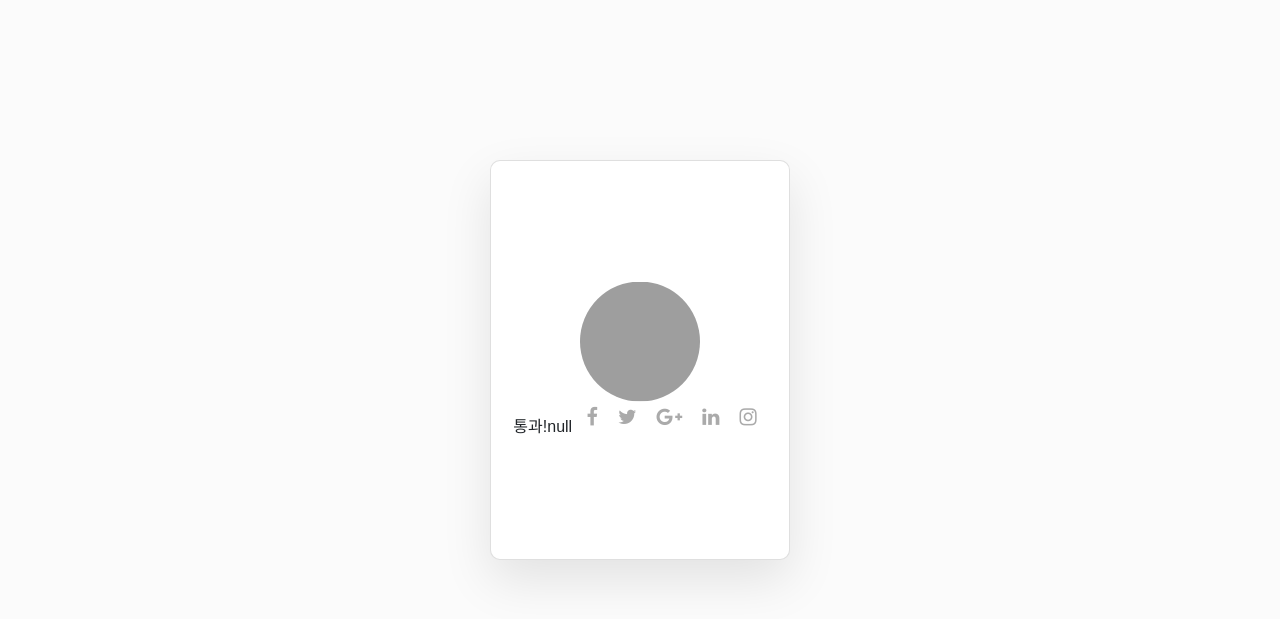
Repository: cheez0909/JSP
Page: http://localhost/1103/session/ServletEX/detail
These files come from the project's save history. The page is drawn as it stood at one moment and after the next save; the edit follows.
The browser window is 1280 px wide. The pictures show the whole page.
Pictures or frames that could not be fetched are drawn as grey boxes. Some web libraries are served in a nearby version. The page is served by Tomcat 9. Other server files are loaded and not shown. Queries for data that is not in the repository find no rows.

Above is the page before, as saved 2023-11-09 08:16:02.

### 1103/src/main/webapp/session/ServletEX/Boarddetails.jsp
<%@page import="com.momo.dao.BoardDAO"%>
<%@page import="com.momo.dto.BoardDTO"%>
<%@page import="java.util.List"%>
<%@page import="com.momo.dto.memberDTO"%>
<%@ page language="java" contentType="text/html; charset=UTF-8"
    pageEncoding="UTF-8"%>
<!DOCTYPE html>
<html lang="en">
<head>
    <meta charset="utf-8">
    <!-- This file has been downloaded from Bootsnipp.com. Enjoy! -->
    <title>UI card design css - Bootsnipp.com</title>
        <meta name="viewport" content="width=device-width, initial-scale=1">
    <link href="http://maxcdn.bootstrapcdn.com/bootstrap/4.1.1/css/bootstrap.min.css" rel="stylesheet">
    <style type="text/css">
        body {
    margin:0;
    padding:0;
    font-family:sans-serif;
    background:#fbfbfb;
}
.card {
    position:absolute;
    top:50%;
    left:50%;
    transform:translate(-50%,-50%);
    width:300px;
    min-height:400px;
    background:#fff;
    box-shadow:0 20px 50px rgba(0,0,0,.1);
    border-radius:10px;
    transition:0.5s;
}
.card:hover {
    box-shadow:0 30px 70px rgba(0,0,0,.2);
}
.card .box {
    position:absolute;
    top:50%;
    left:0;
    transform:translateY(-50%);
    text-align:center;
    padding:20px;
    box-sizing:border-box;
    width:100%;
}
.card .box .img {
    width:120px;
    height:120px;
    margin:0 auto;
    border-radius:50%;
    overflow:hidden;
}
.card .box .img img {
    width:100%;
    height:100%;
}
.card .box h2 {
    font-size:20px;
    color:#262626;
    margin:20px auto;
}
.card .box h2 span {
    font-size:14px;
    background:#e91e63;
    color:#fff;
    display:inline-block;
    padding:4px 10px;
    border-radius:15px;
}
.card .box p {
    color:#262626;
}
.card .box span {
    display:inline-flex;
}
.card .box ul {
    margin:0;
    padding:0;
}
.card .box ul li {
    list-style:none;
    float:left;
}
.card .box ul li a {
    display:block;
    color:#aaa;
    margin:0 10px;
    font-size:20px;
    transition:0.5s;
    text-align:center;
}
.card .box ul li:hover a {
    color:#e91e63;
    transform:rotateY(360deg);
}
    </style>
    <script src="http://code.jquery.com/jquery-1.11.1.min.js"></script>
    <script src="http://maxcdn.bootstrapcdn.com/bootstrap/4.1.1/js/bootstrap.min.js"></script>
</head>
<body>

<link rel="stylesheet" href="https://cdnjs.cloudflare.com/ajax/libs/font-awesome/4.7.0/css/font-awesome.min.css">
<div class="card">
    <div class="box">
        <div class="img">
            <img src="https://item.kakaocdn.net/do/b563e153db82fde06e1423472ccf192c960f4ab09fe6e38bae8c63030c9b37f9">
        </div>
<%


	BoardDAO boarddao = new BoardDAO();
	List<BoardDTO> boarddto = boarddao.getList(request.getParameter("id"));
	request.setAttribute("boarddto", boarddto);

	String num = request.getParameter("num");

	if(request.getAttribute("boarddto")!=null){
		List<BoardDTO> dto = (List<BoardDTO>)request.getAttribute("boarddto");
		out.print("통과!");
		if(dto!=null){
			out.print(num);
			for(BoardDTO nums : dto){

				if(num.equals(nums.getNum())){
				%>

    			<h2><%=nums.getTitle() %><br><span><%=nums.getPostdate() %></span></h2>
    			<p> <%=nums.getContent() %></p>
				<% }
				else {
					out.print(num);
				}
			}
		}
	} else {
		out.print("불통과!");
	}
	%>


		<span>
            <ul>
                <li><a href="#"><i class="fa fa-facebook" aria-hidden="true"></i></a></li>
                <li><a href="#"><i class="fa fa-twitter" aria-hidden="true"></i></a></li>
                <li><a href="#"><i class="fa fa-google-plus" aria-hidden="true"></i></a></li>
                <li><a href="#"><i class="fa fa-linkedin" aria-hidden="true"></i></a></li>
                <li><a href="#"><i class="fa fa-instagram" aria-hidden="true"></i></a></li>
            </ul>
        </span>
    </div>
</div>

<script type="text/javascript">

</script>
</body>
</html>

### 1103/src/main/java/com/momo/controller/detailController.java
package com.momo.controller;

import java.io.IOException;
import java.util.List;

import javax.servlet.ServletException;
import javax.servlet.annotation.WebServlet;
import javax.servlet.http.HttpServlet;
import javax.servlet.http.HttpServletRequest;
import javax.servlet.http.HttpServletResponse;

import com.momo.dao.BoardDAO;
import com.momo.dto.BoardDTO;


@WebServlet("/session/ServletEX/detail")
public class detailController extends HttpServlet {
	private static final long serialVersionUID = 1L;


	protected void doGet(HttpServletRequest request, HttpServletResponse response) throws ServletException, IOException {
		String num = request.getParameter("num");

		// String id = request.getParameter("ids");

		BoardDAO dao = new BoardDAO();
		System.out.println(num+" ");

		dao.visitCount(num);
		BoardDTO dto = dao.getOne(num);



		request.setAttribute("boarddto", dto);
		dao.close();

		request.getRequestDispatcher("Boarddetails.jsp").forward(request, response);
	}
}

### 1103/src/main/java/com/momo/DBConnection.java
package com.momo;

import java.sql.Connection;
import java.sql.DriverManager;
import java.sql.PreparedStatement;
import java.sql.ResultSet;
import java.sql.SQLException;
import java.sql.Statement;

import javax.servlet.ServletContext;

public class DBConnection {
	public Connection con;
	public Statement stmtl;
	public PreparedStatement pstmt;
	public ResultSet rs;

	public DBConnection(){
		try {
			// 드라이버 로딩
			Class.forName("oracle.jdbc.OracleDriver");

			String url = "jdbc:oracle:thin:@localhost:1521:orcl";
			String id = "dani";
			String pw = "dani";

			con = DriverManager.getConnection(url, id, pw);
			System.out.println("DB 연결 성공! (기본 생성자)");

		} catch (ClassNotFoundException e) {
			System.out.println("드라이버로딩 실패");
			e.printStackTrace();
		} catch (SQLException e) {
			// TODO Auto-generated catch block
			e.printStackTrace();
		}
	}

	// 서버가 실행될때
	// application으로부터 db정보를 불러옴
	public DBConnection(ServletContext application) {
		String driver = application.getInitParameter("driver");
		String url = application.getInitParameter("url");
		String id = application.getInitParameter("id");
		String pw = application.getInitParameter("pw");

		try {
			Class.forName(driver);
			con = DriverManager.getConnection(url, id, pw);
			System.out.println("application 내장 객체를 활용한 Connection 생성");
		} catch (ClassNotFoundException e) {
			// TODO Auto-generated catch block
			System.out.println("드라이버 로딩 실패 - 라이브러리를 확인해주세요");
			e.printStackTrace();
		} catch (SQLException e) {
			// TODO Auto-generated catch block
			System.out.println("Connection 객체 생성 실패");
			e.printStackTrace();
		}

	}

	public DBConnection(String driver, String url, String id, String pw) {
		try {
			Class.forName(driver);
			con = DriverManager.getConnection(url, id, pw);
			stmtl = con.createStatement();


		} catch (ClassNotFoundException e) {
			// TODO Auto-generated catch block
			e.printStackTrace();
		} catch (SQLException e) {
			// TODO Auto-generated catch block
			e.printStackTrace();
		}

	}
	public void close() {
		try {
		if(rs!=null) rs.close();
		if(pstmt!=null) pstmt.close();
		if(stmtl!=null) stmtl.close();
		if(con!=null) con.close();
		} catch(Exception e) {
			System.out.println("자원반납 중 예외가 발생하였습니다.");
			e.printStackTrace();
		}

	}
}

### 1103/src/main/java/com/momo/dao/BoardDAO.java
package com.momo.dao;

import java.sql.SQLException;
import java.util.ArrayList;
import java.util.List;

import com.momo.DBConnection;
import com.momo.DBConnectionPool;
import com.momo.dto.BoardDTO;
import com.momo.dto.Criteria;

// DBConnectionPool : 톰캣에서 제공해주는 기능을 사용하며 커넥션풀이라는 공간에 커넥션 객체를 미리
// 생성해놓고 사용
public class BoardDAO extends DBConnection{

	public BoardDAO() {
		super();
	}


	// 내가 쓴 글 조회하기
	public List<BoardDTO> getList(String id){
		List<BoardDTO> list = new ArrayList<>();
		try {
		String sql = "SELECT *\r\n"
				+ "FROM BOARD\r\n"
				+ "WHERE ID=?";


			pstmt = con.prepareStatement(sql);
			pstmt.setString(1, id);
			rs = pstmt.executeQuery();

			while(rs.next()) {
				BoardDTO dto = new BoardDTO();
				dto.setId(rs.getString("id"));
				dto.setTitle(rs.getString("title"));
				dto.setContent(rs.getString("content"));
				dto.setNum(rs.getString("num"));
				dto.setPostdate(rs.getString("postdate"));
				dto.setVisitcount(rs.getString("visitcount"));
				list.add(dto);
			}

		} catch (SQLException e) {
			e.printStackTrace();
		}
		return list;
	}
	/*
	 *
	 * 리스트 조회 후 변환
	 * + 페이징 처리
	 * return
	 *
	 * */
	// 리스트 조회하는 메서드
	public List<BoardDTO> getList(Criteria cri){
		List<BoardDTO> list = new ArrayList<>();
//		String sql = "SELECT *\r\n"
//				+ "FROM BOARD\r\n";
		try {

			String where="";

			// 컬럼명은 ? 로 동작되지 않음
			if(!"".equals(cri.getSearchField())&&!"".equals(cri.getSearchWord()) ) {
				where = "where " + cri.getSearchField() + " like '%" + cri.getSearchWord()
					+ "%' ";
			}

		// 페이징 처리하기
		String sql = "select *\r\n"
				+ "from (select rownum rnum, b.*\r\n"
				+ "        from  (  -- 최신순으로 조회\r\n"
				+ "                select *\r\n"
				+ "                from board\r\n"
				+ where
				+ "                order by num desc) b\r\n"
				+ "        )\r\n"
				+ "where rnum between ? and ?";

			pstmt = con.prepareStatement(sql);
			// 시작번호 = 끝번호 - (페이지당게시물수 -1)
			pstmt.setInt(1, cri.getStartNo());
			// 끝번호 = 페이지번호 * 페이지당게시물수
			pstmt.setInt(2, cri.getEndNo());

			// 페이지 객체를 생성해야함
			// 페이지

			rs = pstmt.executeQuery();

			System.out.println(sql);
			System.out.println(where);

			while(rs.next()) {
				BoardDTO dto = new BoardDTO();
				dto.setId(rs.getString("id"));
				dto.setTitle(rs.getString("title"));
				dto.setContent(rs.getString("content"));
				dto.setNum(rs.getString("num"));
				dto.setPostdate(rs.getString("postdate"));
				dto.setVisitcount(rs.getString("visitcount"));
				list.add(dto);
			}

		} catch (SQLException e) {
			e.printStackTrace();
		}
		return list;
	}




	// 1건을 조회하는 메서드
	public BoardDTO getOne(String num) {

		BoardDTO dto = new BoardDTO();

		try {

		String sql = "SELECT *\r\n"
				+ "FROM board\r\n"
				+ "WHERE NUM=?";

		pstmt = con.prepareStatement(sql);
		pstmt.setString(1, num);
		rs = pstmt.executeQuery();

		while(rs.next()) {
			dto.setId(rs.getString("id"));
			dto.setTitle(rs.getString("title"));
			dto.setContent(rs.getString("content"));
			dto.setNum(rs.getString("num"));
			dto.setPostdate(rs.getString("postdate"));
			dto.setVisitcount(rs.getString("visitcount"));
		}

		} catch (SQLException e) {
		e.printStackTrace();
		}
		return dto;
	}


	//public static void main(String[] args) {
	//	BoardDAO dao = new BoardDAO();
	//	System.out.print(dao.getList("test"));
	//}


	// 조회수 증가 쿼리짜기
	// 업데이트 쿼리 짜기 update
	// 조회수를 반환하자!! -> int타입으로....
	// 실행된 건수가 반환됨.....
	// 화면이 열렸을때 실행되어야 함 -> 디테일 컨트롤러로
	public int visitCount(String num) {
		BoardDTO dto = new BoardDTO();
		int res=0;
		try {

		String sql = "update board\r\n"
				+ "set visitcount = visitcount + 1\r\n"
				+ "where num = ?";

		pstmt = con.prepareStatement(sql);
		pstmt.setString(1, num);
		res = pstmt.executeUpdate();
		// System.out.println(res + "건이 실행되었습니다.");

		} catch (SQLException e) {
			e.printStackTrace();
		}	return res;
	}

	// 삭제하는 메서드 만들기
	public int deleteBoard(String num) {
		BoardDTO dto = new BoardDTO();
		int res=0;
		try {

		String sql = "delete board\r\n"
				+ "where num=?";

		pstmt = con.prepareStatement(sql);
		pstmt.setString(1, num);
		res = pstmt.executeUpdate();
		// System.out.println(res + "건이 실행되었습니다.");

		} catch (SQLException e) {
			e.printStackTrace();
		}	return res;
	}



	// 작성하는 메서드 만들기
	public int write(String title, String content, String id) {
		BoardDTO dto = new BoardDTO();

		int res=0;
		try {

		String sql = "insert into board (num, title, content, id) \r\n"
				+ "values (SEQ_BOARD_NUM.NEXTVAL, ?, ?, ?)";

		pstmt = con.prepareStatement(sql);
		pstmt.setString(1, title);
		pstmt.setString(2, content);
		pstmt.setString(3, id);
		res = pstmt.executeUpdate();

		System.out.println(res + "건이 실행되었습니다.");

		} catch (SQLException e) {
			e.printStackTrace();
		}	return res;
	}



	/*
	 * 게시글의 총 건수를 조회 후 반환
	 * return 게시글의 총 건수
	 *
	 */
	public int getTotalCnt() {
		int res = 0;
		String sql = "select count(*)\r\n"
				+ "from board";

		try {
			pstmt = con.prepareStatement(sql);
			//rs = stmtl.executeQuery(sql);
			rs = pstmt.executeQuery();

			if(rs.next()) {
				res = rs.getInt(1);
				//System.out.println(res);
			}

			System.out.println(res);
		} catch (SQLException e) {
			// TODO Auto-generated catch block
			e.printStackTrace();
		}
		return res;
	}

	/*
	 * 검색 조건을 적용했을때 페이지 블럭이
	 * 해당 검색 조건을 만족하는 만큼만 나와야 하는데
	 * 매개변수가 없을 경우 총 게시물수로 고정되어 출력됨
	 * 게시글의 총 건수를 조회 후 반환
	 * return 게시글의 총 건수
	 *
	 */
//	public int getTotalCnt(Criteria criteria) {
//		int res = 0;
//		String where="";
//
//
//		try {
//
//			// 컬럼명은 ? 로 동작되지 않음
//			if(!"".equals(criteria.getSearchField())&&!"".equals(criteria.getSearchWord()) ) {
//				where = "where " + criteria.getSearchField() + " like '%" + criteria.getSearchWord()
//					+ "%' ";
//			}
//
//			String sql = "select count(*)\r\n"
//					+ "from board " + where;
//
//			pstmt = con.prepareStatement(sql);
//			//rs = stmtl.executeQuery(sql);
//			rs = pstmt.executeQuery();
//
//			if(rs.next()) {
//				res = rs.getInt(1);
//				//System.out.println(res);
//			}
//
//			System.out.println(res);
//		} catch (SQLException e) {
//			// TODO Auto-generated catch block
//			e.printStackTrace();
//		}
//		return res;
//	}


	//public static void main(String[] args) {
	//	BoardDAO dao = new BoardDAO();
	//	int i=0;
	//	while(i!=10) {
	//		dao.write("제목", "내용");
	//		i++;
	//	}
	//}



	/*
	 * 검색 메서드
	 *
	 */

	public int search(String title, String content, String id) {
		BoardDTO dto = new BoardDTO();

		int res=0;
		try {

		String sql = "insert into board (num, title, content, id) \r\n"
				+ "values (SEQ_BOARD_NUM.NEXTVAL, ?, ?, ?)";

		pstmt = con.prepareStatement(sql);
		pstmt.setString(1, title);
		pstmt.setString(2, content);
		pstmt.setString(3, id);
		res = pstmt.executeUpdate();

		System.out.println(res + "건이 실행되었습니다.");

		} catch (SQLException e) {
			e.printStackTrace();
		}	return res;
	}

}

### 1103/src/main/java/com/momo/dto/BoardDTO.java
package com.momo.dto;

public class BoardDTO {
	private String num;
	private String title;
	private String content;
	private String id;
	private String postdate;
	private String visitcount;
	public BoardDTO() {}
	public BoardDTO(String num, String title, String content, String id, String postdate, String visitcount) {
		this.num = num;
		this.title = title;
		this.content = content;
		this.id = id;
		this.postdate = postdate;
		this.visitcount = visitcount;
	}
	public String getNum() {
		return num;
	}
	public void setNum(String num) {
		this.num = num;
	}
	public String getTitle() {
		return title;
	}
	public void setTitle(String title) {
		this.title = title;
	}
	public String getContent() {
		return content;
	}
	public void setContent(String content) {
		this.content = content;
	}
	public String getId() {
		return id;
	}
	public void setId(String id) {
		this.id = id;
	}
	public String getPostdate() {
		return postdate;
	}
	public void setPostdate(String postdate) {
		this.postdate = postdate;
	}
	public String getVisitcount() {
		return visitcount;
	}
	public void setVisitcount(String visitcount) {
		this.visitcount = visitcount;
	}
}

After the next save:
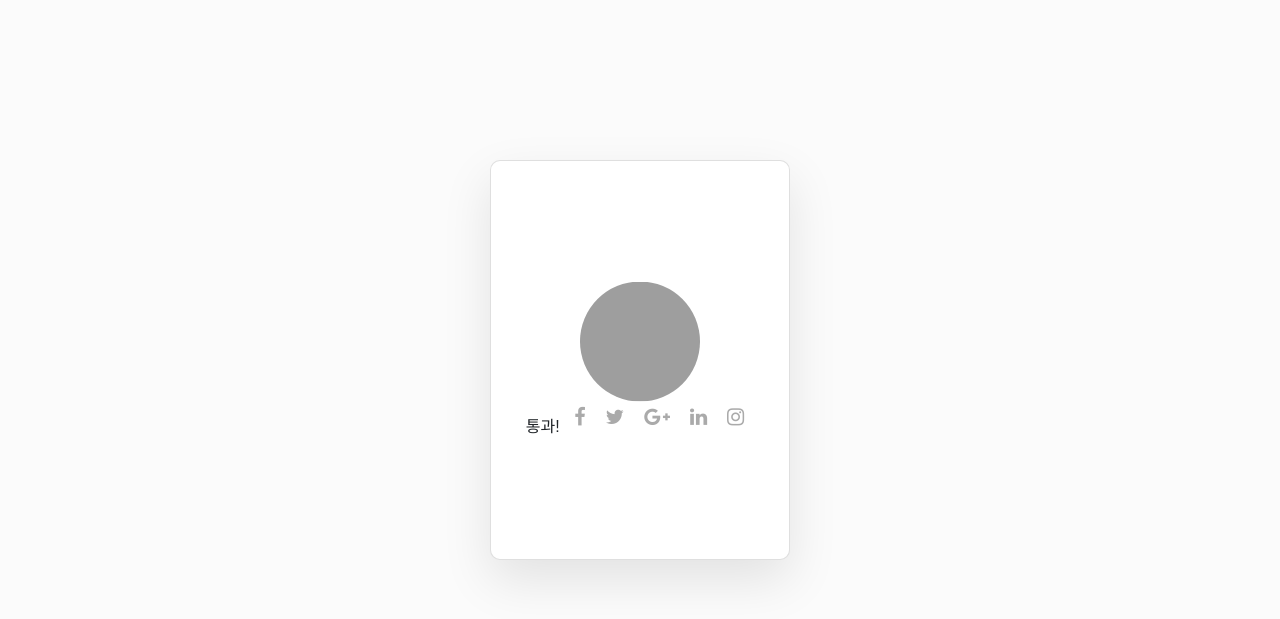
Saved 13 s later.
--- a/1103/src/main/webapp/session/ServletEX/Boarddetails.jsp
+++ b/1103/src/main/webapp/session/ServletEX/Boarddetails.jsp
@@ -119,8 +119,8 @@
 		List<BoardDTO> dto = (List<BoardDTO>)request.getAttribute("boarddto");
 		out.print("통과!");
 		if(dto!=null){
-			out.print(num);
 			for(BoardDTO nums : dto){
+				out.print(num);
 
 				if(num.equals(nums.getNum())){
 				%>

After the save that followed:
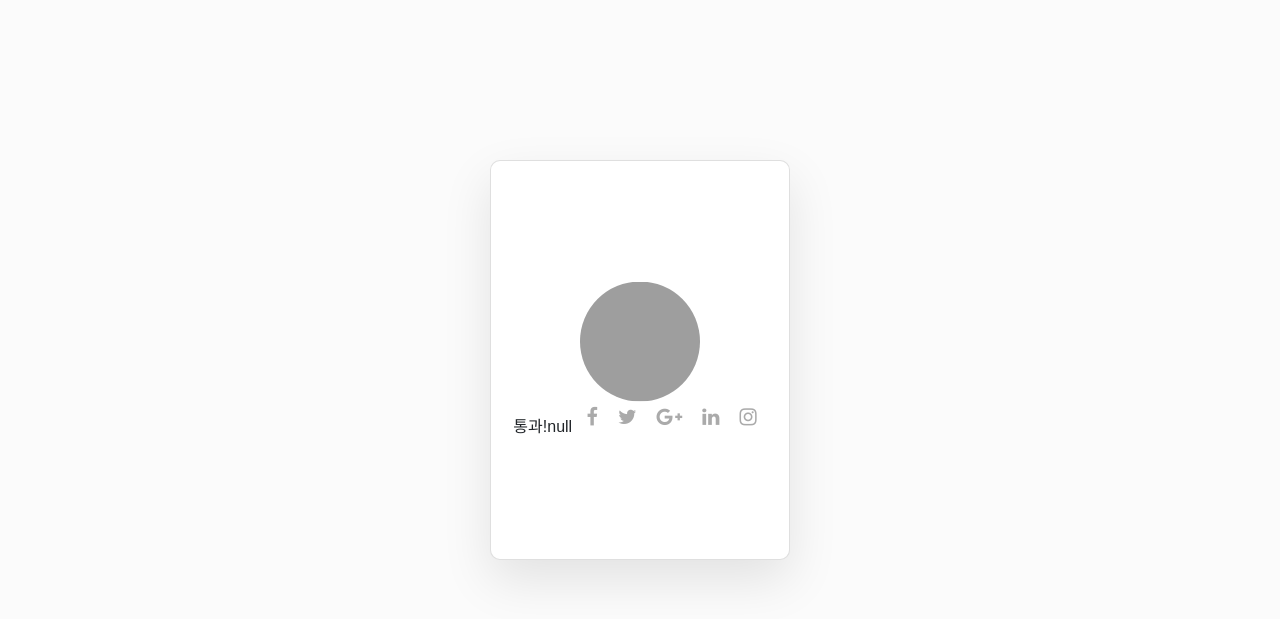
Saved 11 s later.
--- a/1103/src/main/webapp/session/ServletEX/Boarddetails.jsp
+++ b/1103/src/main/webapp/session/ServletEX/Boarddetails.jsp
@@ -119,9 +119,8 @@
 		List<BoardDTO> dto = (List<BoardDTO>)request.getAttribute("boarddto");
 		out.print("통과!");
 		if(dto!=null){
+			out.print(num);
 			for(BoardDTO nums : dto){
-				out.print(num);
-
 				if(num.equals(nums.getNum())){
 				%>
 
